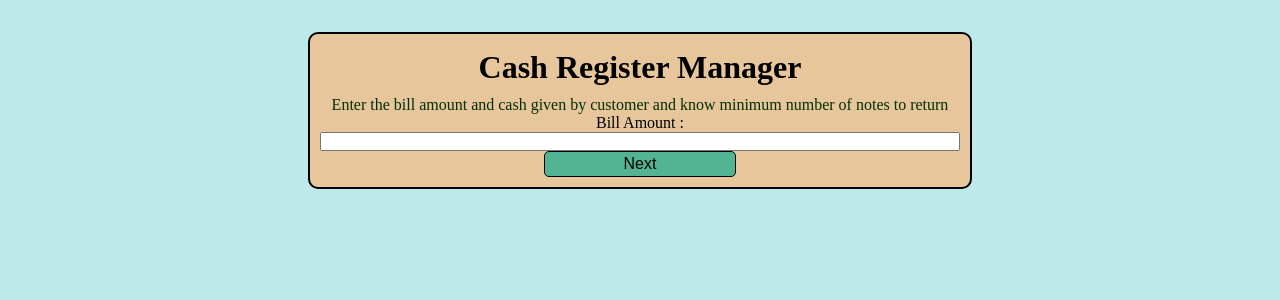
Repository: patelamancode/Cash-register-manager-app
Page: index.html
The author's editor kept a copy of each file at every save. The page is drawn from the files as they stood at one save, then again after the next save.
The browser window is 1280 px wide. The pictures show the whole page.

Above is the page before, as saved 2022-11-18 15:51:04.

### index.html
<!DOCTYPE html>
<html lang="en">

<head>
    <meta charset="UTF-8">
    <meta http-equiv="X-UA-Compatible" content="IE=edge">
    <meta name="viewport" content="width=device-width, initial-scale=1.0">
    <link rel="stylesheet" href="index.css">
    <title>Cash register app</title>
</head>

<body>
    <div id="main-container">
        <h1 class="heading">Cash Register Manager</h1>
        <p id="description">Enter the bill amount and cash given by customer
            and know minimum number of notes to return
        </p>
        <label for="Bill-amount">Bill Amount :</label>
        <input type="text" id="bill-amount">
        <button id="next-btn">Next</button>
        <div class="sub-container">
            <label for="Cash-amount" class="cash-section">User Cash :</label>
            <input type="text" id="cash-amount">
            <button class="check-btn">Check</button>
            <p class="error-message"></p>
            <table class="change-cash">
                <caption>Return Change Cash :</caption>
                <tr>
                    <th>No. of notes</th>
                    <td class="notes-number"></td>
                    <td class="notes-number"></td>
                    <td class="notes-number"></td>
                    <td class="notes-number"></td>
                    <td class="notes-number"></td>
                    <td class="notes-number"></td>
                    <td class="notes-number"></td>
                    <td class="notes-number"></td>
                    <td class="notes-number"></td>
                    <td class="notes-number"></td>
                </tr>
                <tr>
                    <th>Notes</th>
                    <td>2000</td>
                    <td>1000</td>
                    <td>500</td>
                    <td>200</td>
                    <td>100</td>
                    <td>50</td>
                    <td>20</td>
                    <td>10</td>
                    <td>5</td>
                    <td>1</td>
                </tr>
            </table>
        </div>
    </div>

    <script src="index.js"></script>
</body>

</html>

### index.css
*{
    margin: 0;
    padding: 0;
}

body{
    background-color: rgb(189, 233, 233);
}

#main-container{
    display: flex;
    flex-direction: column;
    width: 50vw;
    margin: auto;
    margin-top: 2rem;
    padding: 10px;
    border: 2px solid black;
    border-radius: 10px;
    background-color: rgb(231, 198, 156);
    text-align: center;
}

h1{
    margin-bottom: 10px;
    padding-top: 5px;
}

#description{
    font-size: 1rem;
    color: rgb(2, 46, 2);
}

button{
    width: 30%;
    margin: auto;
    padding: 3px;
    font-size: 1rem;
    font-weight: 500;
    border: 1px solid;
    background-color: rgb(83, 180, 148);
    border-radius: 5px;
}

.sub-container{
    display: none;
    flex-direction: column;
    width: 50vw;
    margin: auto;
}

### index.js
// document.querySelector('.check-btn').addEventListener('click', function(){
//     console.log("Check button is clicked")
// })

const billAmount = document.querySelector('#bill-amount');
const cashAmount = document.querySelector('#cash-amount');
const checkButton = document.querySelector('.check-btn');
const errorMessage = document.querySelector('.error-message');
const notesDisplay = document.querySelectorAll('.notes-number');
// from here
const hideContent = document.querySelector('.sub-container');
const nextButton = document.querySelector('#next-btn');


// Testing console values for all inputs
// checkButton.addEventListener('click', function(){
//     console.log(cashAmount.value);
// })

nextButton.addEventListener('click', function(){
    hideContent.style.display = "flex"
    hideContent.style.flexDirection = "column"
})
// to here

const displayErrorMessage = function (message) {
    errorMessage.style.display = "block";
    errorMessage.style.backgroundColor = "red";
    errorMessage.innerText = message;
}
const hideErrorMessage = function(){
    errorMessage.style.display = "none";

}

const notesArray = [2000, 1000, 500, 200, 100, 50, 20, 10, 5, 1];
const numberOfNotesGiven = function(returnAmount){
    for(let i=0; i< notesArray.length; i++){
        let notesCount = Math.trunc(returnAmount/notesArray[i]);
        returnAmount = returnAmount%notesArray[i];
        notesDisplay[i].innerText = notesCount;
    }
}

checkButton.addEventListener('click', function amountValidation() {
    hideErrorMessage();

    if (billAmount.value > 0) {
        if(cashAmount.value >= billAmount.value){
            const returnAmount = cashAmount.value - billAmount.value;
            numberOfNotesGiven(returnAmount);
        }
        else{
            displayErrorMessage("Invalid Cash value as per Bill amount");
        }
    }
    else {
        displayErrorMessage("Please make sure input bill amount must be positive and non-zero value");
    }
})



// 1550

After the next save:
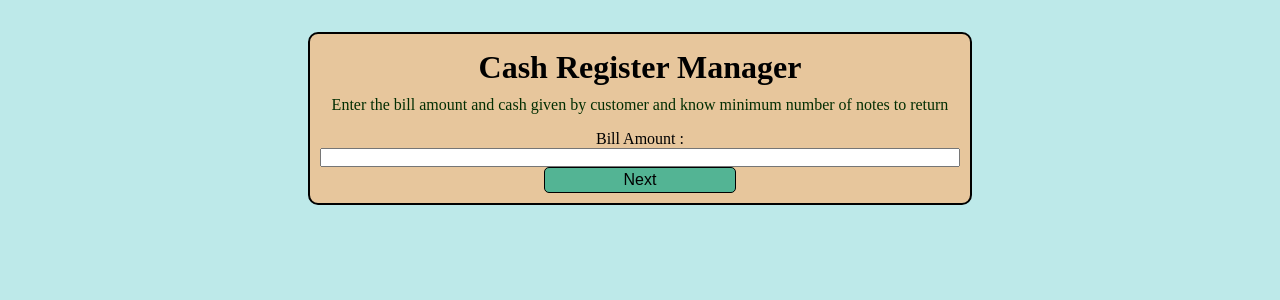
Saved 33 s later.
--- a/index.css
+++ b/index.css
@@ -28,6 +28,7 @@ h1{
 #description{
     font-size: 1rem;
     color: rgb(2, 46, 2);
+    margin-bottom: 1rem;
 }
 
 button{
